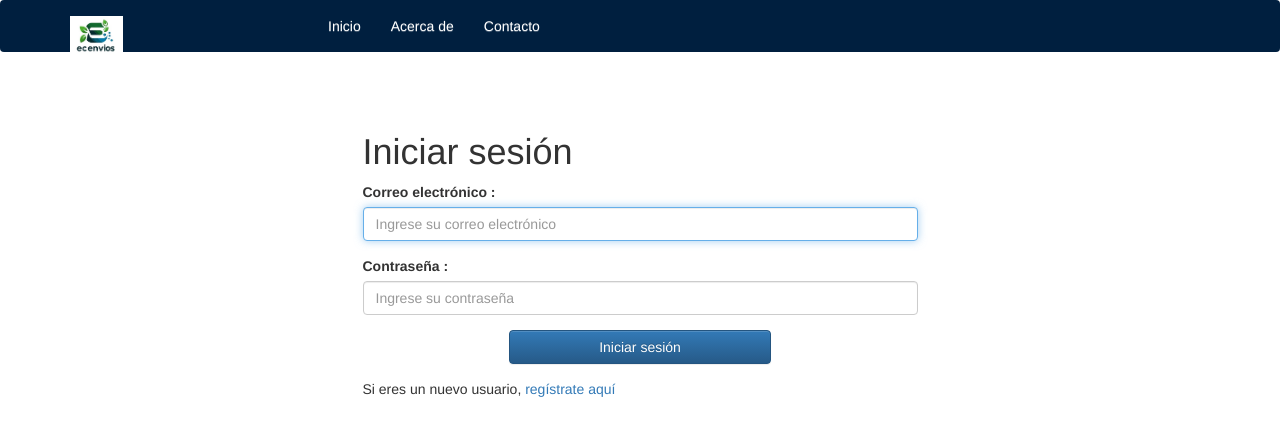
Repository: BolivarCaro/ecenviosweb
Page: http://localhost/login
An editor plug-in stored every save of this project. The page is shown before and after the next save, followed by the edit.
The browser window is 1280 px wide. The pictures show the whole page.
The page is this project's Thymeleaf template; nobody is signed in. The template is opened directly, without the code that normally fills it, so the values that code supplies are empty.

Above is the page before, as saved 2024-07-14 14:24:14.
Console error (its wording comes from the project's code and is left out).

After the next save:
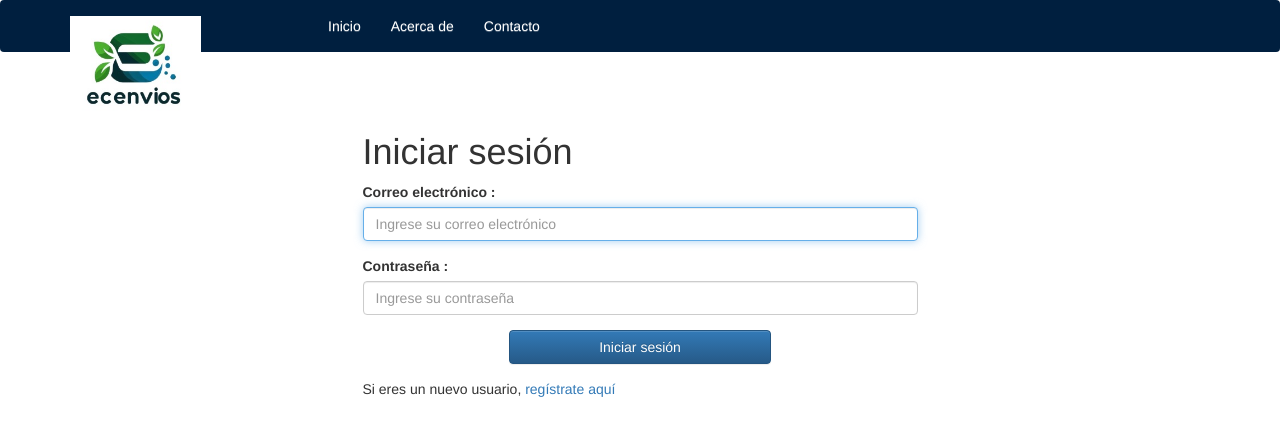
Saved 2 min 27 s later.
--- a/sprindbootecenvios/src/main/resources/templates/login.html
+++ b/sprindbootecenvios/src/main/resources/templates/login.html
@@ -29,7 +29,7 @@
 	                <span class="icon-bar"></span>
 	            </button>
 	            <a class="navbar-brand" href="#" th:href="@{/}" style="color: white;">
-	                <img src="/images/logoecenvios.png" alt="Logo" style="height: 40px; margin-right: 10px;">
+	                <img src="/images/logoecenvios.png" alt="Logo" style="height: 100px; margin-right: 50px;">
 	                <span style="font-weight: bold; font-size: 18px;">Registro y inicio de sesión</span>
 	            </a>
 	        </div>
